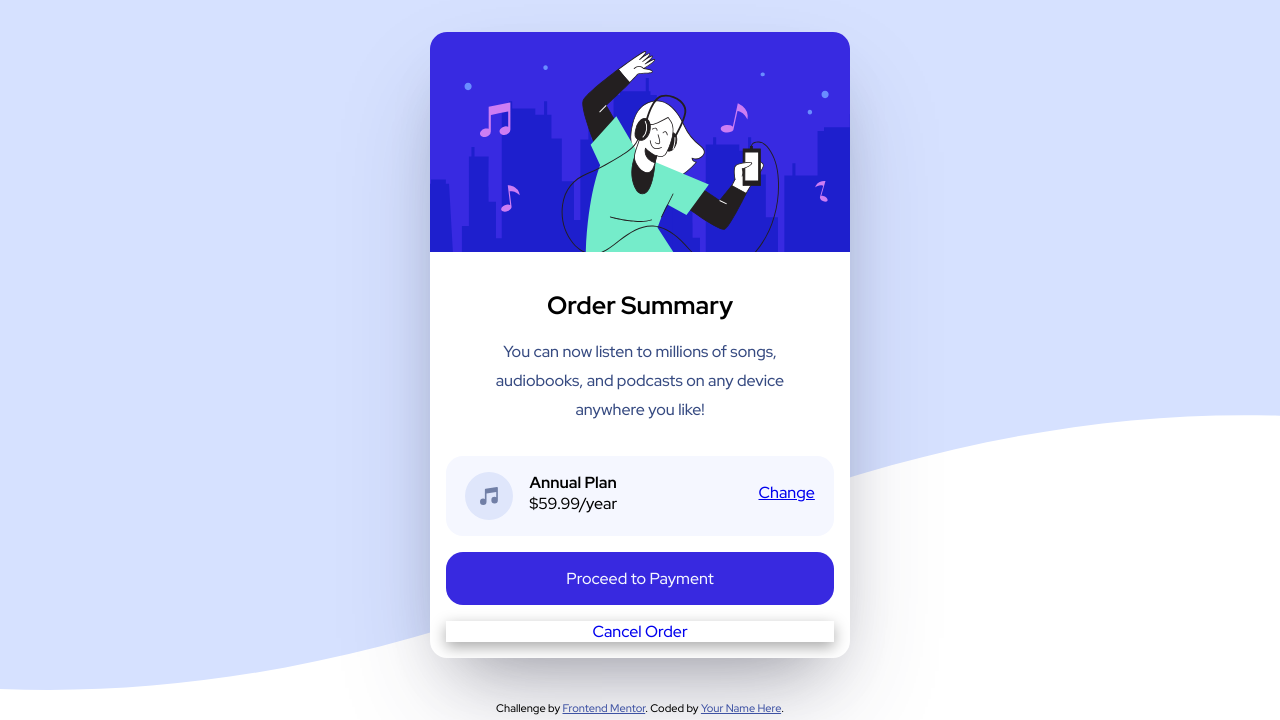
Repository: DejV44/order-summary-frontend
Page: index.html
An editor plug-in stored every save of this project. The page is shown before and after the next save, followed by the edit.
The browser window is 1280 px wide. The pictures show the whole page.
The style sheet was rebuilt from its Sass, Less or Tailwind sources for each picture, by a compiler version that may differ from the author's.

Above is the page before, as saved 2021-08-13 12:12:05.

After the next save:
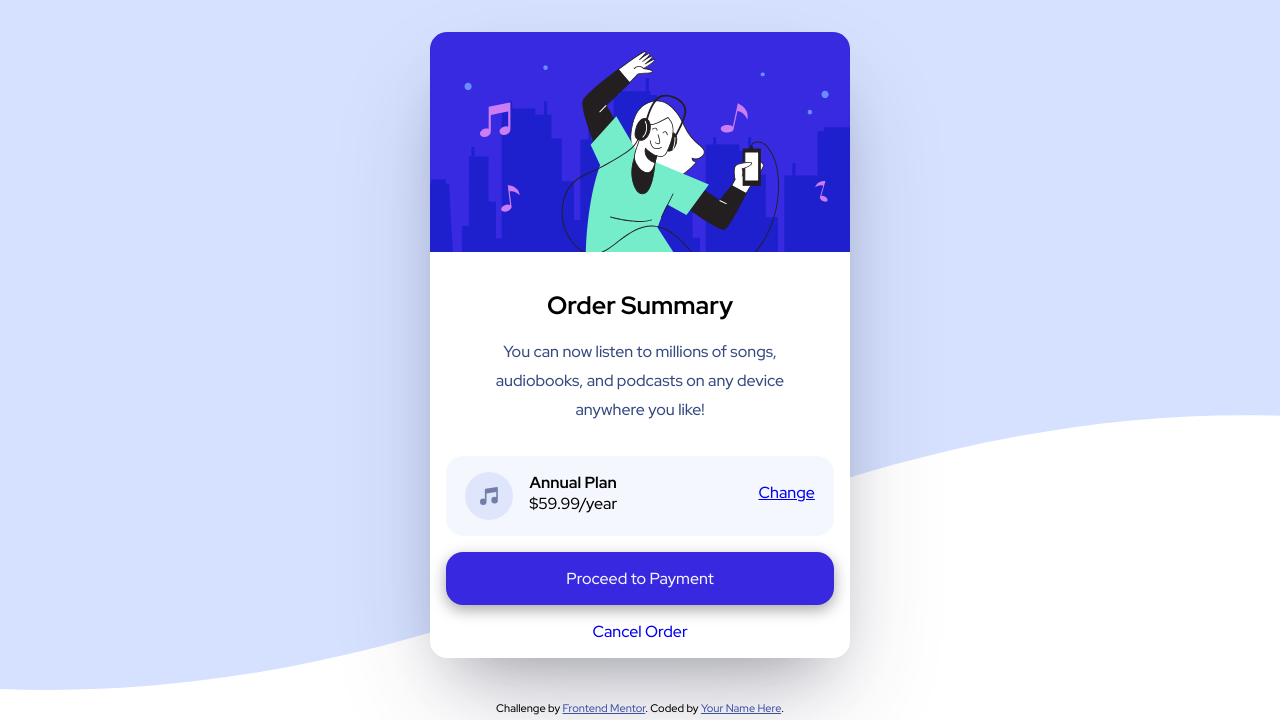
Saved 12 s later.
--- a/css/style.scss
+++ b/css/style.scss
@@ -53,7 +53,7 @@ body {
     @include border;
     padding: 1rem;
     background: $Brightblue;
-
+    box-shadow: rgba(0, 0, 0, 0.35) 0px 5px 15px;
     a {
         text-decoration: none;
         color: $VeryPaleBlue;
@@ -62,7 +62,7 @@ body {
 
 .cancel_button {
     margin: 1rem;
-    box-shadow: rgba(0, 0, 0, 0.35) 0px 5px 15px;
+
     a {
         text-decoration: none;
 
